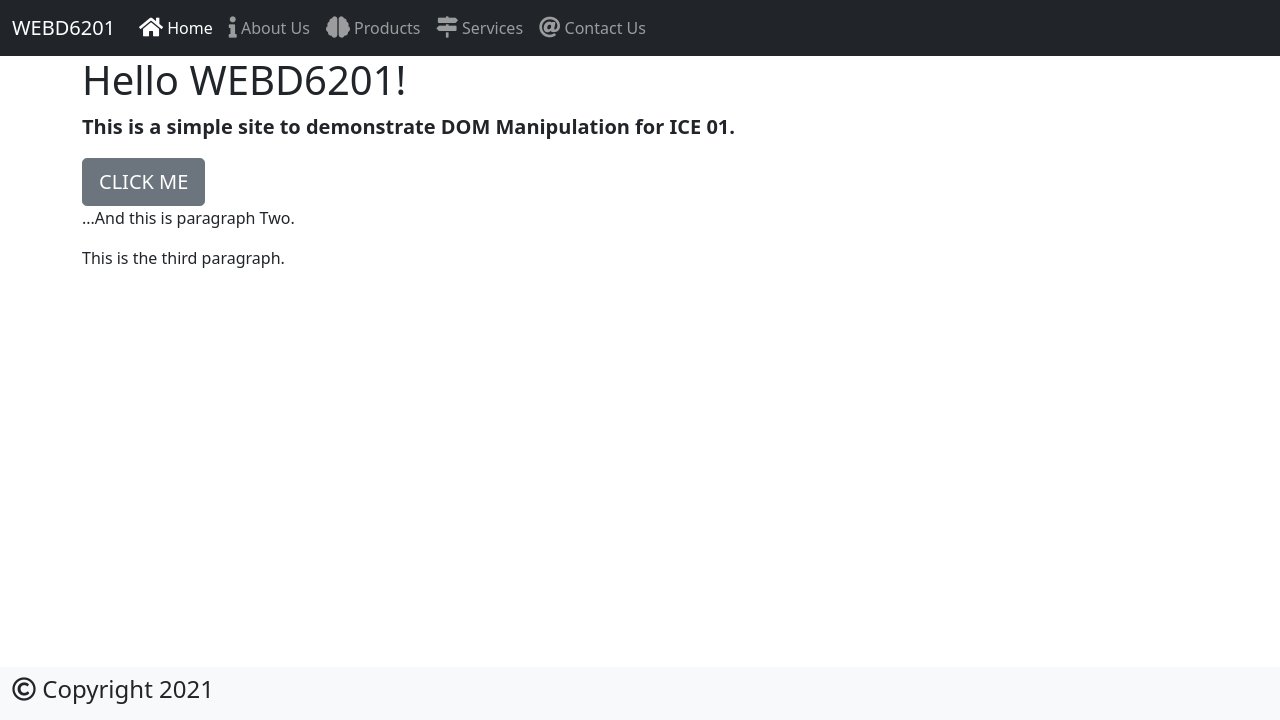
Repository: GarlicButterBoy/WEBD6201-Week1
Page: index.html
An editor plug-in stored every save of this project. The page is shown before and after the next save, followed by the edit.
The browser window is 1280 px wide. The pictures show the whole page.

Above is the page before, as saved 2021-01-21 08:30:37.
Console error (its wording comes from the project's code and is left out).

After the next save:
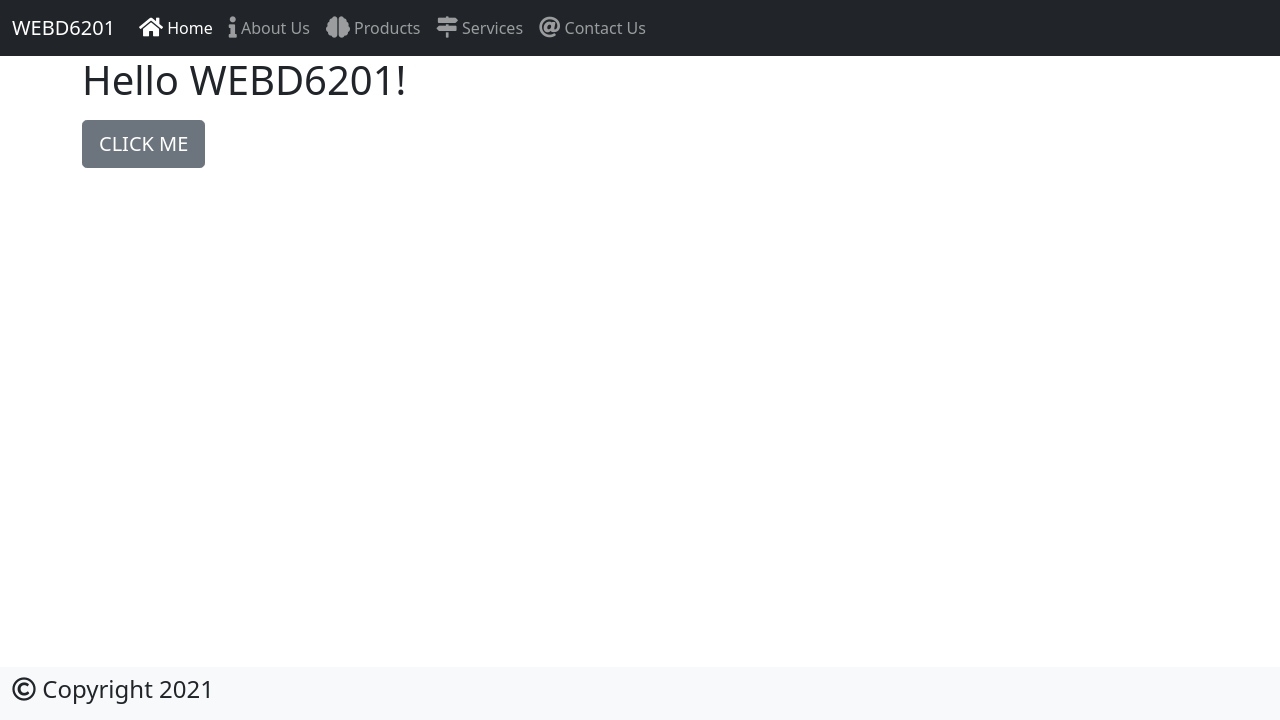
Console error: SyntaxError: Unexpected token '.'
Saved 6 s later.
--- a/Scripts/app.js
+++ b/Scripts/app.js
@@ -50,7 +50,7 @@
        //target an element
        //paragraphOneElement.remove();//remove a single element
        //target a child (rough)
-       newParagraph.removeChild(paragraphOneElement);
+       .removeChild(paragraphOneElement);
 
 
        for (let index = 0; index < 5; index++)

After the save that followed:
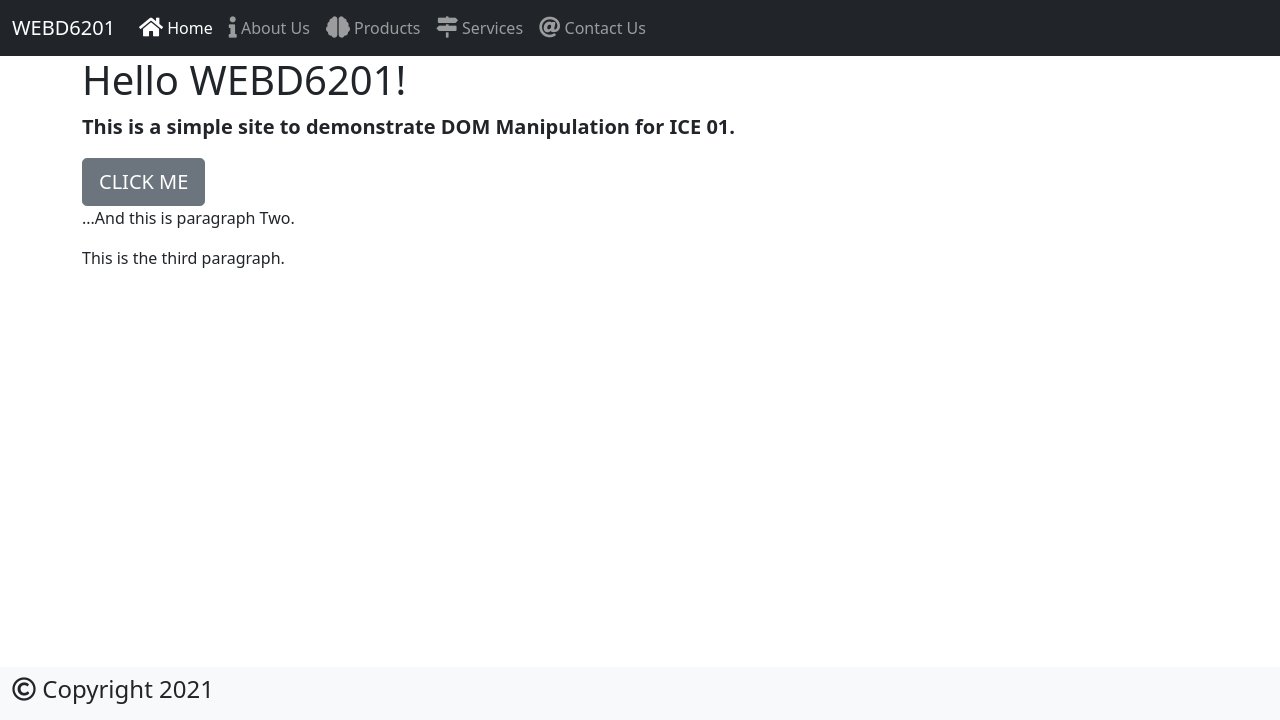
Console error (its wording comes from the project's code and is left out).
Saved 14 s later.
--- a/Scripts/app.js
+++ b/Scripts/app.js
@@ -50,7 +50,7 @@
        //target an element
        //paragraphOneElement.remove();//remove a single element
        //target a child (rough)
-       .removeChild(paragraphOneElement);
+       paragraphOne.removeChild(paragraphOneElement);
 
 
        for (let index = 0; index < 5; index++)
